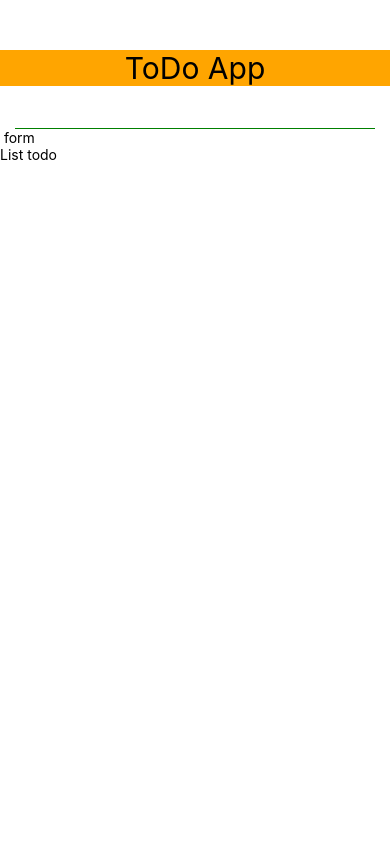
Repository: Ducbii4202/React-Native
Screen: /review-detail
These files come from the project's save history. The screen is drawn as it stood at one moment and after the next save; the edit follows.
The app was drawn by React Native's web renderer in a window 390 px wide. The project was rebuilt for these pictures with package versions that can differ from the ones it lists, and the page was loaded fresh each time.

Above is the screen before, as saved 2024-09-15 21:07:29.

### App.tsx

import { useState } from 'react';
import { Button, FlatList, ScrollView, StyleSheet, Text, TextInput, View } from 'react-native';

export default function App() {


  return (
    <View style={styles.container}>
      <Text style={styles.header}>ToDo App</Text>

      {/* form */}
      <View>
        <TextInput
        style={styles.todoInput}
        />
        <Text> form</Text>
      </View>

      {/* list todo */}
      <View>
        <Text>List todo</Text>
      </View>

    </View>
  );
}


//css in js
const styles = StyleSheet.create({
  container: {
    flex: 1,
    backgroundColor: '#fff',
    paddingTop: 50,
    // alignItems: 'center',
    // justifyContent: 'center',
  },
  header: {
    backgroundColor: 'orange',
    paddingHorizontal: 20,
    textAlign: 'center',
    fontSize: 30,
  },
  todoInput: {
    borderBottomWidth: 1,
    borderBottomColor: 'green',
    padding: 5,
    marginHorizontal: 15,
    marginTop: 15,

  }

});

After the next save:
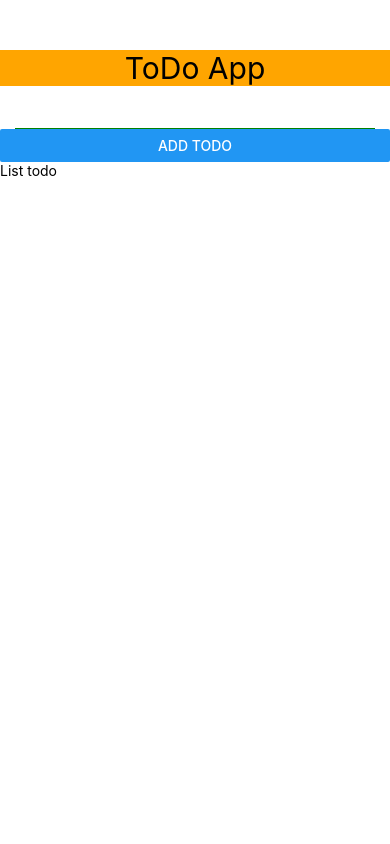
Saved 2 min 29 s later.
--- a/App.tsx
+++ b/App.tsx
@@ -14,7 +14,7 @@ export default function App() {
         <TextInput
         style={styles.todoInput}
         />
-        <Text> form</Text>
+        <Button title='Add todo'/>
       </View>
 
       {/* list todo */}
